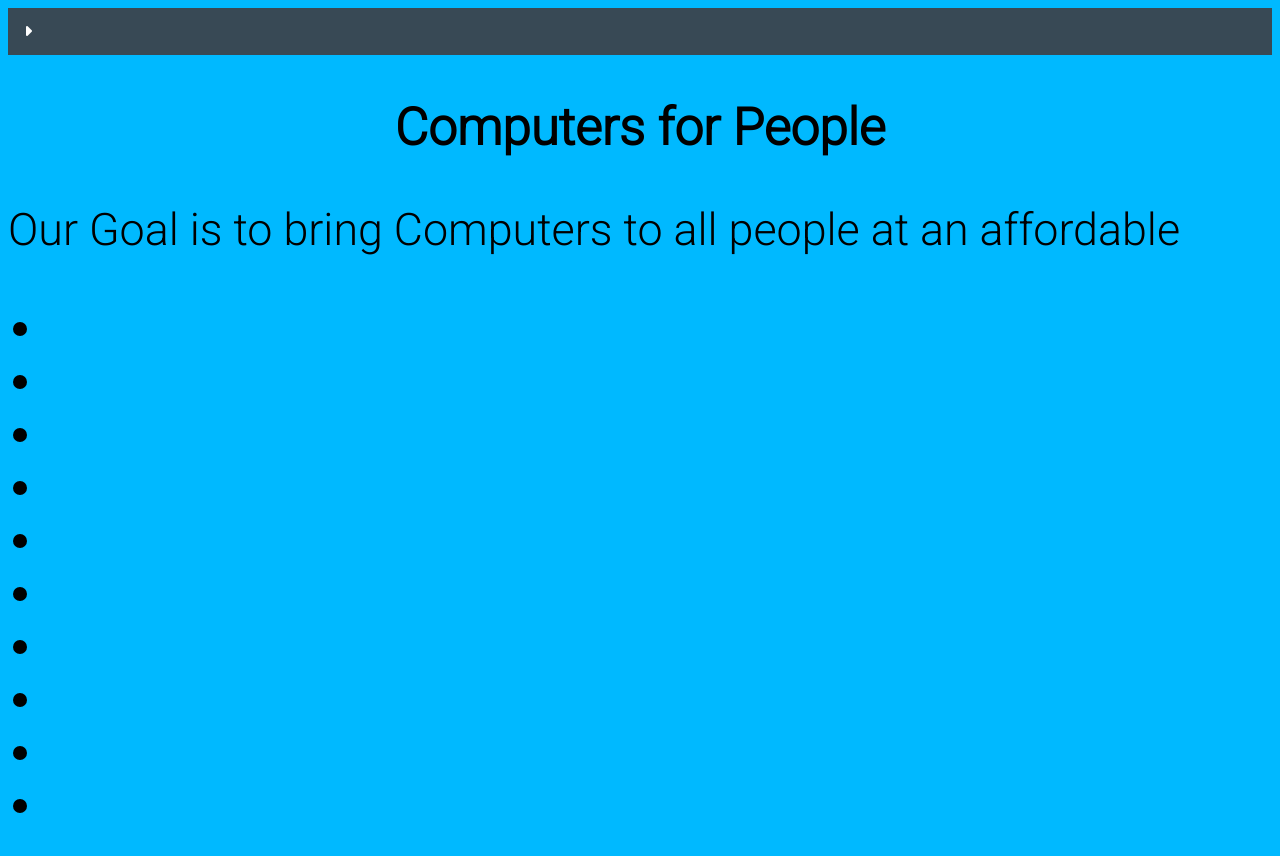
Repository: thecptwaffles/cfp-Website
Page: index.html
These files come from the project's save history. The page is drawn as it stood at one moment and after the next save; the edit follows.
The browser window is 1280 px wide. The pictures show the part of the page from y = 0 to 856 px (the page is 1713 px tall).
A picture or video elsewhere on the page could not be fetched, so the positions and the page height are approximate. Some web fonts or font styles are not loaded; a fallback is used. Some web libraries are served in a nearby version.

Above is the page before, as saved 2022-07-02 12:08:22.

### index.html
<!DOCTYPE html>
<html lang="en">

<head>
    <meta charset="UTF-8">
    <meta http-equiv="X-UA-Compatible" content="IE=edge">
    <meta name="viewport" content="width=device-width, initial-scale=1.0">
    <title>CFP</title>
    <link rel="shortcut icon" href="./content/favicon.png" type="image/x-icon">
    <link rel="stylesheet" href="style.css">
    <script defer src="./app.js"></script>
    <link rel="stylesheet" href="https://cdnjs.cloudflare.com/ajax/libs/font-awesome/6.1.1/css/all.min.css"
        integrity="sha512-KfkfwYDsLkIlwQp6LFnl8zNdLGxu9YAA1QvwINks4PhcElQSvqcyVLLD9aMhXd13uQjoXtEKNosOWaZqXgel0g=="
        crossorigin="anonymous" referrerpolicy="no-referrer" />
</head>

<body>
    <nav class="navbar">
        <div class="dropdown">
            <button class="dropbtn">
                <i class="fa fa-caret-right"></i>
            </button>
            <div class="dropdown-content">
                <a href="#info">Info</a>
                <a href="#Pricing">Pricing</a>
                <a href="#gallery">Gallery</a>
                <a href="#contact">Contact</a>
            </div>
        </div>
    </nav>

    <nav id="info">
        <h1>Computers for People</h1>
        <p>Our Goal is to bring Computers to all people at an affordable</p>
    </nav>

    <div id="pricing">
        <ul>
            <li class="pricingItems"></li>
            <li class="pricingItems"></li>
            <li class="pricingItems"></li>
            <li class="pricingItems"></li>
            <li class="pricingItems"></li>
            <li class="pricingItems"></li>
            <li class="pricingItems"></li>
            <li class="pricingItems"></li>
            <li class="pricingItems"></li>
            <li class="pricingItems"></li>
        </ul>
    </div>

    <div id="gallery">
        <!-- Slideshow container -->
        <div class="slideshow-container">

            <!-- Full-width images with number and caption text -->
            <div class="mySlides fade">
                <div class="numbertext">1 / 3</div>
                <img src="https://external-content.duckduckgo.com/iu/?u=https%3A%2F%2Fnews-cdn.softpedia.com%2Fimages%2Fnews2%2Fpurism-announces-the-librem-mini-v2-linux-computer-531441-2.png&f=1&nofb=1"
                    style="width:100%">
                <div class="text">Mini Computers</div>
            </div>

            <div class="mySlides fade">
                <div class="numbertext">2 / 3</div>
                <img src="https://external-content.duckduckgo.com/iu/?u=https%3A%2F%2Fwww.lifewire.com%2Fthmb%2FKva_3748K4QqSqev8E5ATvaA7As%3D%2F1079x1500%2Ffilters%3Afill(auto%2C1)%2FIdeaCentre-K450-57126dea5f9b588cc2f1bf8b.jpg&f=1&nofb=1"
                    style="width:100%">
                <div class="text">desktop Computers</div>
            </div>

            <div class="mySlides fade">
                <div class="numbertext">3 / 3</div>
                <img src="https://external-content.duckduckgo.com/iu/?u=https%3A%2F%2F4.bp.blogspot.com%2F-PbcAZcJ3oKw%2FUEyTb6Rh62I%2FAAAAAAAAAAQ%2FhPSSOGPyAHI%2Fs1600%2F10180035-9289-4e73-ba85-dd657fd26de1_SN002ComputerTypeNew.jpg&f=1&nofb=1"
                    style="width:100%">
                <div class="text">Laptops</div>
            </div>

            <!-- Next and previous buttons -->
            <a class="prev fa-solid fa-caret-left" onclick="plusSlides(-1)"></a>
            <a class="next fa fa-caret-right" onclick="plusSlides(1)"></a>
        </div>
        <br>

        <!-- The dots/circles -->
        <div style="text-align:center">
            <span class="dot" onclick="currentSlide(1)"></span>
            <span class="dot" onclick="currentSlide(2)"></span>
            <span class="dot" onclick="currentSlide(3)"></span>
        </div>
    </div>

    <div id="contact">
        <i class="fa-solid fa-paper-plane"></i>
    </div>

</body>

</html>

### style.css
@import url('https://fonts.googleapis.com/css2?family=Gentium+Book+Plus&family=Roboto:wght@300&display=swap');

:root {
    --primClr: #00b9ff;
    --secClr: #384955;
    --tercClr: #dda25a;
    --accentClr: #a26e29;
    --primFont: 'Roboto', sans-serif;
    --secFont: 'Gentium Book Plus', serif;
    scroll-behavior: smooth;
}

body {
    background-color: var(--primClr);
}

#info h1 {
    font-size: 4vw;
    font-family: var(--primFont);
    text-align: center;
}

#info p {
    font-size: 3.5vw;
    font-family: var(--primFont);
}

#contact i {
    font-size: 3vw;
}

#pricing {
    font-family: var(--primFont);
    font-size: 3.5vw;
}

/* code from W3schools*/

div.gallery {
    margin: 5px;
    border: 1px solid #ccc;
    float: left;
    width: 180px;
}

div.gallery:hover {
    border: 3px solid #777;
}

div.gallery img {
    width: 100%;
    height: auto;
}

.dropbtn:hover {
    transform: rotate(90deg);
    -webkit-transform: rotate(90deg);
    -moz-transform: rotate(90deg);
    -ms-transform: rotate(90deg);
    -o-transform: rotate(90deg);
}


/* Navbar container */
.navbar {
    overflow: hidden;
    background-color: var(--secClr);
    font-family: var(--primFont);
}

/* Links inside the navbar */
.navbar a {
    float: left;
    font-size: 16px;
    color: white;
    text-align: center;
    padding: 14px 16px;
    text-decoration: none;
}

/* The dropdown container */
.dropdown {
    float: left;
    overflow: hidden;
}

/* Dropdown button */
.dropdown .dropbtn {
    font-size: 16px;
    border: none;
    outline: none;
    color: white;
    padding: 14px 16px;
    background-color: inherit;
    font-family: inherit;
    /* Important for vertical align on mobile phones */
    margin: 0;
    /* Important for vertical align on mobile phones */
}


/* Dropdown content (hidden by default) */
.dropdown-content {
    display: none;
    position: absolute;
    background-color: var(--secClr);
    min-width: 160px;
    box-shadow: 0px 8px 16px 0px rgba(0, 0, 0, 0.2);
    z-index: 1;
}

/* Links inside the dropdown */
.dropdown-content a {
    float: none;
    color: white;
    padding: 12px 16px;
    text-decoration: none;
    display: block;
    text-align: left;
    font-family: var(--secFont);
}

/* Add a dark background color to dropdown links on hover */
.dropdown-content a:hover {
    background-color: #242e35;
}

/* Show the dropdown menu on hover */
.dropdown:hover .dropdown-content {
    display: block;
}

/* The grid: Four equal columns that floats next to each other */
.column {
    float: left;
    width: 25%;
    padding: 10px;
}

/* Style the images inside the grid */
.column img {
    opacity: 0.8;
    cursor: pointer;
}

.column img:hover {
    opacity: 1;
}

/* Clear floats after the columns */
.row:after {
    content: "";
    display: table;
    clear: both;
}

/* The expanding image container (positioning is needed to position the close button and the text) */
.container {
    position: relative;
    display: none;
}

/* Expanding image text */
#imgtext {
    position: absolute;
    bottom: 15px;
    left: 15px;
    color: white;
    font-size: 20px;
}

/* Closable button inside the image */
.closebtn {
    position: absolute;
    top: 10px;
    right: 15px;
    color: white;
    font-size: 35px;
    cursor: pointer;
}

* {
    box-sizing: border-box
}

/* Slideshow container */
.slideshow-container {
    max-width: 1000px;
    position: relative;
    margin: auto;
}

/* Hide the images by default */
.mySlides {
    display: none;
}

/* Next & previous buttons */
.prev,
.next {
    cursor: pointer;
    position: absolute;
    top: 50%;
    width: auto;
    margin-top: -22px;
    padding: 16px;
    color: rgb(43, 43, 43);
    font-weight: bold;
    font-size: 18px;
    transition: 0.6s ease;
    border-radius: 0 3px 3px 0;
    user-select: none;
    -webkit-transition: 0.6s ease;
    -moz-transition: 0.6s ease;
    -ms-transition: 0.6s ease;
    -o-transition: 0.6s ease;

}

/* Position the "next button" to the right */
.next {
    right: 0;
    border-radius: 3px 0 0 3px;
}

/* On hover, add a black background color with a little bit see-through */
.prev:hover,
.next:hover {
    background-color: rgba(112, 112, 112, 0.8);
}

/* Caption text */
.text {
    color: black;
    font-size: 4vw;
    padding: 8px 12px;
    position: absolute;
    bottom: 8px;
    width: 100%;
    text-align: center;
    font-family: var(--secFont);
}

/* Number text (1/3 etc) */
.numbertext {
    color: black;
    font-size: 4vw;
    padding: 8px 12px;
    position: absolute;
    top: 0;
}

/* The dots/bullets/indicators */
.dot {
    cursor: pointer;
    height: 15px;
    width: 15px;
    margin: 0 2px;
    background-color: #bbb;
    border-radius: 50%;
    display: inline-block;
    transition: background-color 0.6s ease;
}

.active,
.dot:hover {
    background-color: #717171;
}

/* Fading animation */
.fade {
    animation-name: fade;
    animation-duration: 1.5s;
}

@keyframes fade {
    from {
        opacity: .4
    }

    to {
        opacity: 1
    }
}

### app.js
let slideIndex = 1;
showSlides(slideIndex);

// Next/previous controls
function plusSlides(n) {
    showSlides(slideIndex += n);
}

// Thumbnail image controls
function currentSlide(n) {
    showSlides(slideIndex = n);
}

function showSlides(n) {
    let i;
    let slides = document.getElementsByClassName("mySlides");
    let dots = document.getElementsByClassName("dot");
    if (n > slides.length) {
        slideIndex = 1
    }
    if (n < 1) {
        slideIndex = slides.length
    }
    for (i = 0; i < slides.length; i++) {
        slides[i].style.display = "none";
    }
    for (i = 0; i < dots.length; i++) {
        dots[i].className = dots[i].className.replace(" active", "");
    }
    slides[slideIndex - 1].style.display = "block";
    dots[slideIndex - 1].className += " active";
}

After the next save:
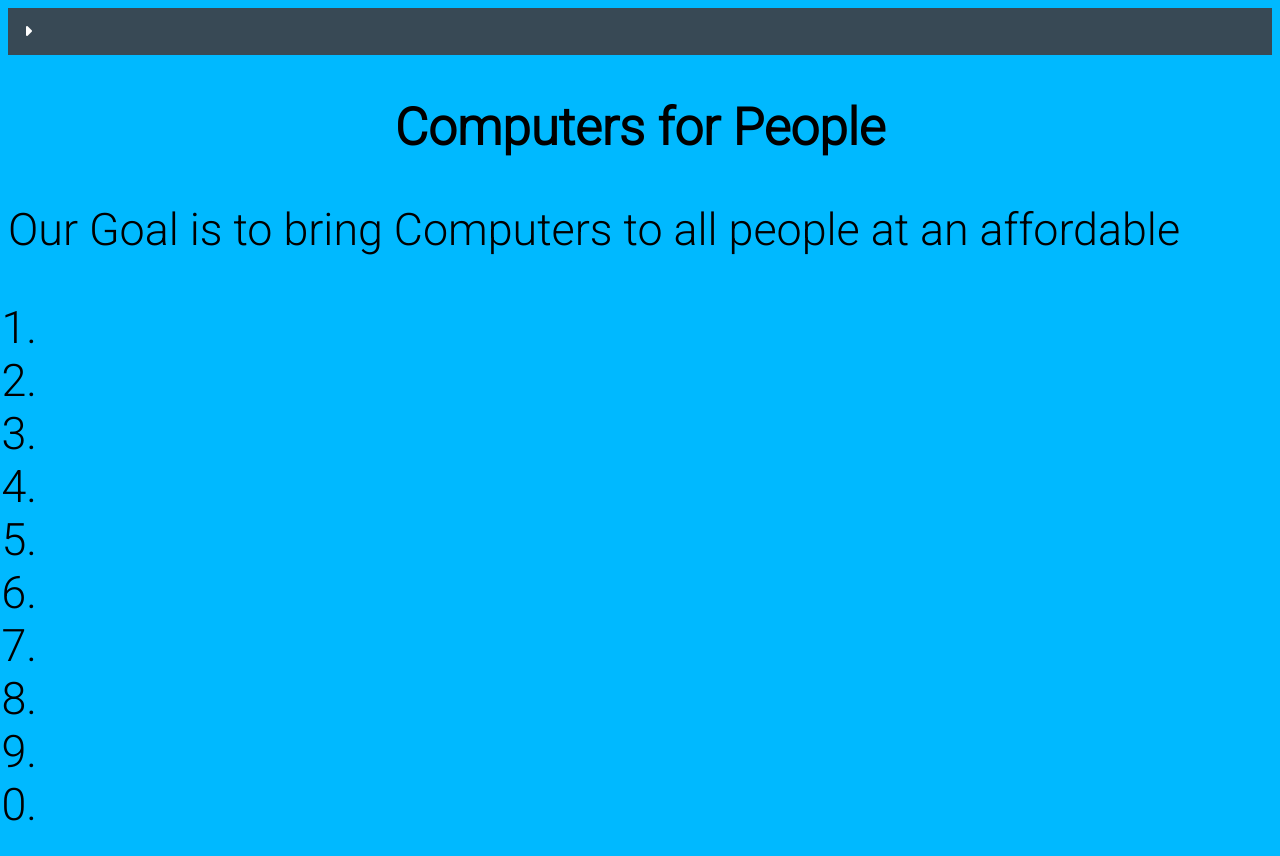
Saved 28 s later.
--- a/index.html
+++ b/index.html
@@ -35,7 +35,7 @@
     </nav>
 
     <div id="pricing">
-        <ul>
+        <ol>
             <li class="pricingItems"></li>
             <li class="pricingItems"></li>
             <li class="pricingItems"></li>
@@ -46,7 +46,7 @@
             <li class="pricingItems"></li>
             <li class="pricingItems"></li>
             <li class="pricingItems"></li>
-        </ul>
+        </ol>
     </div>
 
     <div id="gallery">
